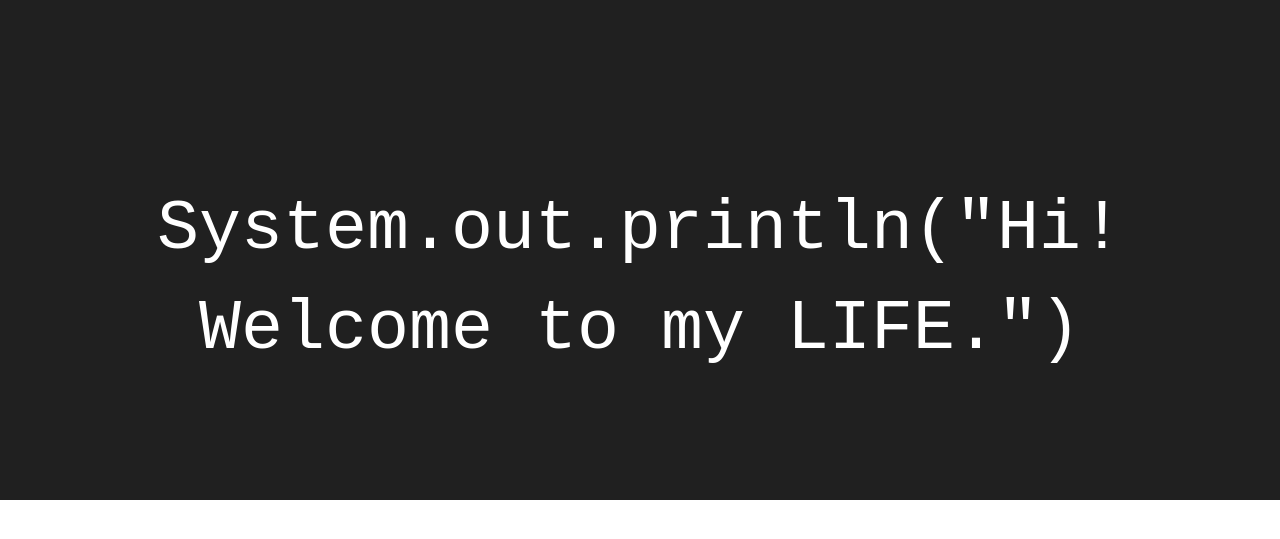
Repository: janry-gracia/Divinagracia_FinalProject
Page: Pages/storyofmylife.html
An editor plug-in stored every save of this project. The page is shown before and after the next save, followed by the edit.
The browser window is 1280 px wide. The pictures show the whole page.

Above is the page before, as saved 2021-05-17 23:33:43.
Console error: TypeError: Cannot read properties of null (reading 'addEventListener')

### Pages/storyofmylife.html
<!DOCTYPE html>
<html lang="en">
<head>
    <meta charset="UTF-8">
    <meta http-equiv="X-UA-Compatible" content="IE=edge">
    <meta name="viewport" content="width=device-width, initial-scale=1.0">
    <title>Story of My Life</title>
    <link rel="stylesheet" href="/css/bootstrap.css">
    <link rel="stylesheet" href="/css/storyofmylife.css">
</head>
<body>

    <div class="container-fluid ">

        <div class="container-fluid message">
            <p class="message typewriter">System.out.println("Hi! Welcome to my LIFE.")</p>
        </div>



    </div>


    <script src ="/js/jquery-3.6.0.min.js"></script>
    <script src="/js/bootstrap.js"></script>
    <script src="/js/script.js"></script>

</body>
</html>

### css/storyofmylife.css
@import url('https://fonts.googleapis.com/css2?family=Fira+Code:wght@300;400;500&display=swap');

*{
    padding: 0;
    margin: 0;
    box-sizing: border-box;
}

html, body{
    height: 100%;
    width: 100%;
    overflow: hidden;

}

.container-fluid{
    padding: 0;
    margin: 0;
    box-sizing: border-box;
}

div.message{
    height: 500px;
    background-color: rgb(32, 32, 32);
    text-align: center;

}

p.message{
    padding-top: 180px;
    font-family: 'Fire Code', monospace;
    font-size: 5em;
    font-weight: 200;
    color: white;
}


.tywriter {
    position: relative;
  }
  .tywriter::after {
    content: "|";
    position: absolute;
    right: 0;
    width: 100%;
    color: white;
    background: #1d1f20;
    -webkit-animation: typing 4s steps(45) forwards, caret 1s infinite;
            animation: typing 4s steps(45) forwards, caret 1s infinite;
  }

  @-webkit-keyframes typing {
    to {
      width: 0;
    }
  }

  @keyframes typing {
    to {
      width: 0;
    }
  }
  @-webkit-keyframes caret {
    50% {
      color: transparent;
    }
  }
  @keyframes caret {
    50% {
      color: transparent;
    }
  }

### js/script.js
let btn1= document.querySelector(".box1");
let btn2 = document.querySelector(".box2");
let text = document.querySelector(".greeting");
let frontpage = document.querySelector(".frontpage");
let secondpage = document.querySelector(".secondpage");
let button = document.querySelector(".button");
let logo = document.querySelector(".logo");



btn1.addEventListener("click", function() {
    btn1.classList.add("box1transition");
    btn1.style.transition = "transform 3s";
    btn2.classList.add("box2transition");
    btn2.style.transition = "transform 3s";
    text.style.animationName = "hidecontent";

    setTimeout(function () {
        window.open('Pages/backpage.html', '_self');
    }, 2500);

});


btn2.addEventListener("click", function() {
    btn1.classList.add("box1transition");
    btn1.style.transition = "transform 3s";
    btn2.classList.add("box2transition");
    btn2.style.transition = "transform 3s";
    text.style.animationName = "hidecontent";
    setTimeout(function () {
        window.open('Pages/backpage.html', '_self');
    }, 2500);

});


text.addEventListener("click", function() {
    btn1.classList.add("box1transition");
    btn1.style.transition = "transform 3s";
    btn2.classList.add("box2transition");
    btn2.style.transition = "transform 3s";
    text.style.animationName = "hidecontent";
    setTimeout(function () {
        window.open('Pages/backpage.html', '_self');
    }, 2500);

});

Loaded but not shown: css/bootstrap.css (library); js/jquery-3.6.0.min.js (library); js/bootstrap.js (library)

After the next save:
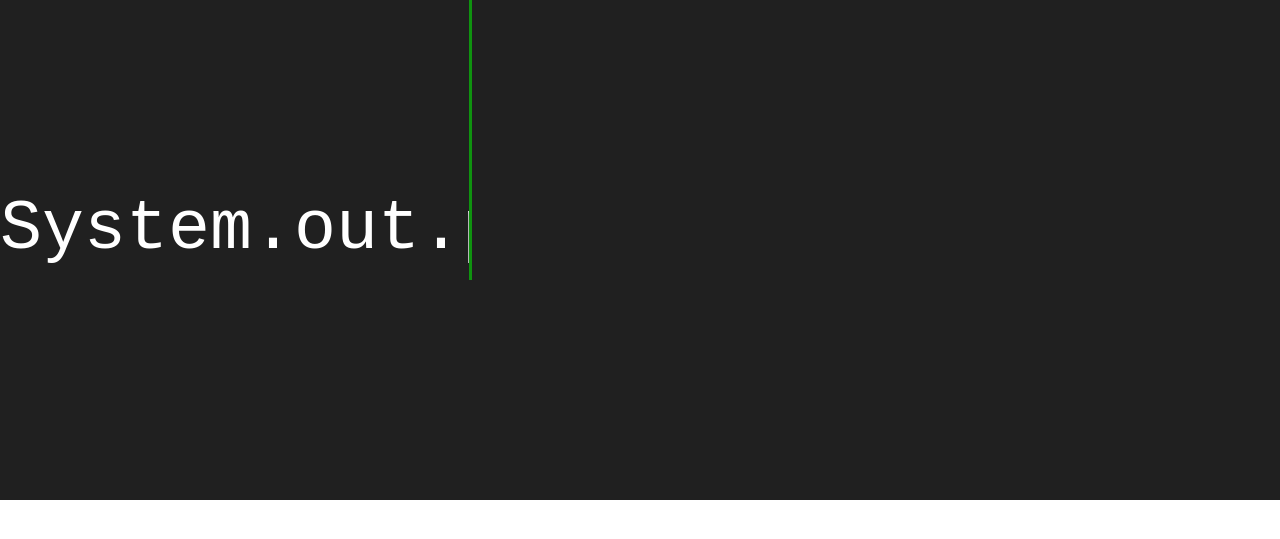
Saved 65 s later.
--- a/css/storyofmylife.css
+++ b/css/storyofmylife.css
@@ -32,41 +32,22 @@ p.message{
     font-size: 5em;
     font-weight: 200;
     color: white;
+    border-right: solid 3px rgba(0,255,0,.75);
+    white-space: nowrap;
+    overflow: hidden;
+    animation: animated-text 4s steps(29,end) 1s 1 normal both,
+               animated-cursor 600ms steps(29,end) infinite;
 }
 
-
-.tywriter {
-    position: relative;
-  }
-  .tywriter::after {
-    content: "|";
-    position: absolute;
-    right: 0;
-    width: 100%;
-    color: white;
-    background: #1d1f20;
-    -webkit-animation: typing 4s steps(45) forwards, caret 1s infinite;
-            animation: typing 4s steps(45) forwards, caret 1s infinite;
+  /* Animation */
+  @keyframes animated-text{
+    from{width: 0;}
+    to{width: 472px;}
   }
 
-  @-webkit-keyframes typing {
-    to {
-      width: 0;
-    }
+  /* cursor animations */
+
+  @keyframes animated-cursor{
+    from{border-right-color: rgba(0,255,0,.75);}
+    to{border-right-color: transparent;}
   }
-
-  @keyframes typing {
-    to {
-      width: 0;
-    }
-  }
-  @-webkit-keyframes caret {
-    50% {
-      color: transparent;
-    }
-  }
-  @keyframes caret {
-    50% {
-      color: transparent;
-    }
-  }
